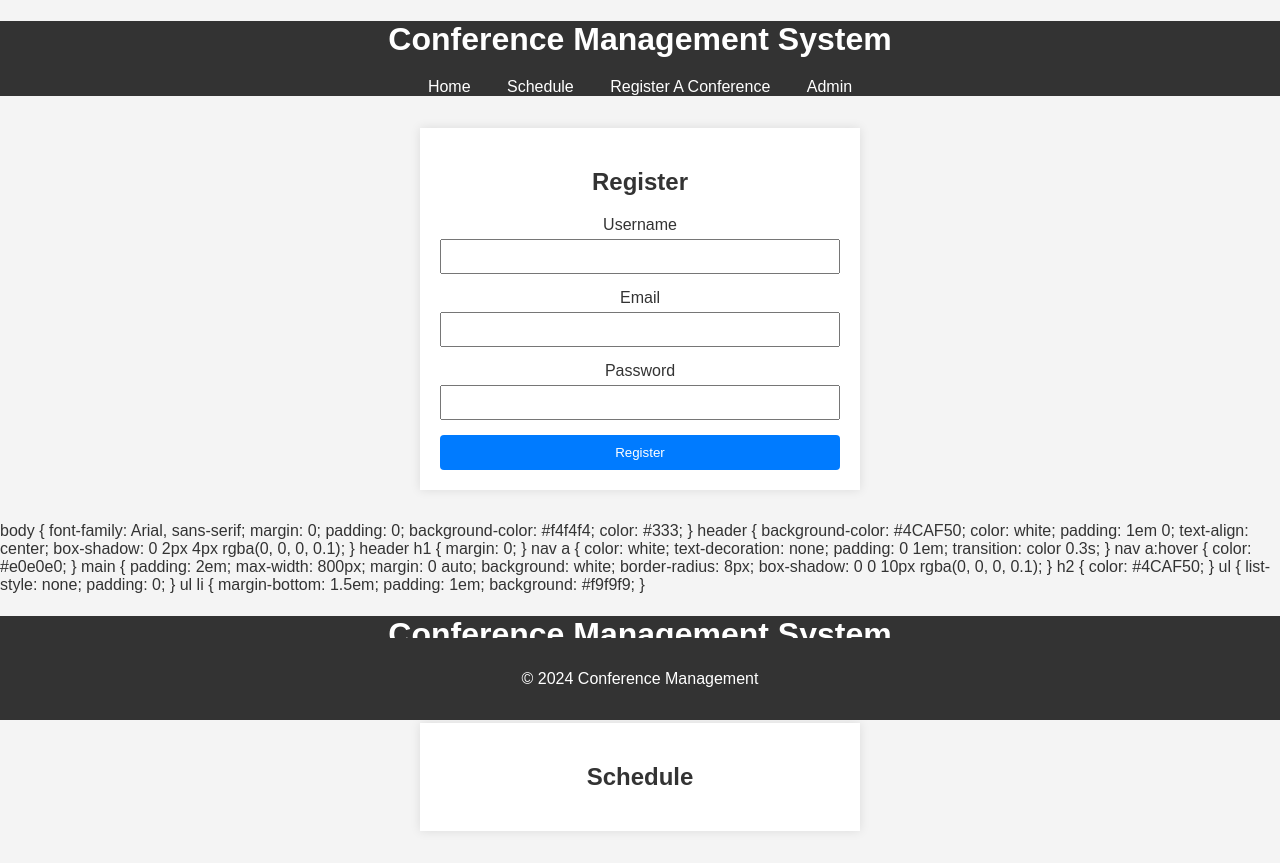
Repository: AMIT1439027/conferenceapp
Page: http://localhost/user_register.php
An editor plug-in stored every save of this project. The page is shown before and after the next save, followed by the edit.
The browser window is 1280 px wide. The pictures show the whole page.
The page is run by PHP 8.4 with error messages shown; the project is at /var/www/html/. Queries for data that is not in the repository find no rows.

Above is the page before, as saved 2024-05-29 15:28:08.

### user_register.php
<?php
include 'db_connect.php';
session_start();

if ($_SERVER['REQUEST_METHOD'] == 'POST') {
    $username = $_POST['username'];
    $email = $_POST['email'];
    $password = password_hash($_POST['password'], PASSWORD_BCRYPT);

   $stmt = $pdo->prepare("INSERT INTO users(username,email,password) VALUES(?,?,?)");
   $stmt->execute([$username,$email,$password]);
}
?>

<!DOCTYPE html>
<html lang="en">
<head>
    <meta charset="UTF-8">
    <title>Register</title>
    <link rel="stylesheet" href="styles.css">
</head>
<body>
<header>
    <h1>Conference Management System</h1>

    <nav>
        <a href="index.php">Home</a>
        <a href="Schedule.php">Schedule </a>
        <a href="register.php">Register A Conference</a>
        <a href="admin.php">Admin</a>

    </nav>
</header>

<main>
    <div class="form-container">
        <h2>Register</h2>
        <form method="post" action="user_register.php">
            <div class="form-group">
                <label>Username</label>
                <input type="text" name="username" required>
            </div>
            <div class="form-group">
                <label>Email</label>
                <input type="email" name="email" required>
            </div>
            <div class="form-group">
                <label>Password</label>
                <input type="password" name="password" required>
            </div>
            <button type="submit">Register</button>

        </form>
        <!-- <p>Already have an account? <a href="login.php">Login here</a></p> -->
    </div>
    </main>
    <footer>
    <p>&copy; 2024 Conference Management</p>
 </footer>
</body>
</html>


body {
    font-family: Arial, sans-serif;
    margin: 0;
    padding: 0;
    background-color: #f4f4f4;
    color: #333;
}

header {
    background-color: #4CAF50;
    color: white;
    padding: 1em 0;
    text-align: center;
    box-shadow: 0 2px 4px rgba(0, 0, 0, 0.1);
}

header h1 {
    margin: 0;
}

nav a {
    color: white;
    text-decoration: none;
    padding: 0 1em;
    transition: color 0.3s;
}

nav a:hover {
    color: #e0e0e0;
}

main {
    padding: 2em;
    max-width: 800px;
    margin: 0 auto;
    background: white;
    border-radius: 8px;
    box-shadow: 0 0 10px rgba(0, 0, 0, 0.1);
}

h2 {
    color: #4CAF50;
}

ul {
    list-style: none;
    padding: 0;
}

ul li {
    margin-bottom: 1.5em;
    padding: 1em;
    background: #f9f9f9;
}
 <?php
include 'db_connect.php';

$stmt = $pdo->query("SELECT * FROM conferences");
$conferences = $stmt->fetchAll();
?>

<!DOCTYPE html>
<html lang="en">
<head>
    <meta charset="UTF-8">
    <meta name="viewport" content="width=device-width, initial-scale=1.0">
    <title>Schedule</title>
    <link rel="stylesheet" href="styles.css">
</head>
<body>

<header>
    <h1>Conference Management System</h1>
    <nav>
        <a href="index.php">Home</a>
        <a href="schedule.php">Schedule</a>
        <a href="register.php">Register A Conference</a>
        <a href="feedback.php">Feedback</a>
        <!-- <a href="admin.php">Admin</a> -->
    </nav>
</header>
<main>
    <div class="form-container">
        <h2>Schedule</h2>
        <ul>
            <?php foreach($conferences as $conference): ?>
                <li>
                    <h3><?= htmlspecialchars($conference['name']) ?></h3>
                    <p><?= htmlspecialchars($conference['description']) ?></p>
                    <p><?= htmlspecialchars($conference['date']) ?></p>
                    <p>Location: <?= htmlspecialchars($conference['location']) ?></p>
                </li>
            <?php endforeach; ?>
        </ul>
    </div>
</main>

<footer>
    <p>&copy; 2024 Conference Management</p>
</footer>

</body>
</html>

### db_connect.php
<?php
$servername = "localhost";
$username = "root";
$password = "mysql143";
$dbname = "conference_db";

// Create connection
// $conn = new mysqli($servername, $username, $password, $dbname);

// // Check connection
// if ($conn->connect_error) {
//     die("Connection failed: " . $conn->connect_error);
// }
try{
    $pdo = new PDO("mysql:host=$servername;dbname=$dbname", $username, $password );
   $pdo->setAttribute(PDO::ATTR_ERRMODE, PDO::ERRMODE_EXCEPTION);
}
catch(PDOException $e){
   die("connection Failed");
}


?>

### styles.css

body {
    font-family: Arial, sans-serif;
    background-color: #f4f4f4;
    margin: 0;
    padding: 0;
    /* background-color: #f4f4f4; */
    color: #333;
}
/*  new css */



/* End CSS */
header{
    background-color: #333333;
    color: #fff;
    padding: 1 em 0;
    text-align: center;

}

nav a{
    color: #fff;
    margin: 0 1rem;
    text-decoration: none;
}

main{
    padding: 2em;
    text-align: center;
}

footer{
    background-color: #333;
    color:#fff;
    padding: 1em 0;
    text-align: center;
    position: fixed;
    bottom: 0;
    width: 100%;
}



.container {
    width: 80%;
    margin: 0 auto;
    padding: 20px;
    background-color: #fff;
    box-shadow: 0 0 10px rgba(0, 0, 0, 0.1);
}

h1 {
    text-align: center;
    margin-bottom: 20px;
}

.table {
    width: 100%;
    margin-bottom: 20px;
    border-collapse: collapse;
}

.table th, .table td {
    border: 1px solid #ddd;
    padding: 8px;
}

.table th {
    background-color: #f2f2f2;
    text-align: left;
}

.food-item {
    border: 1px solid #ddd;
    padding: 10px;
    margin-bottom: 20px;
    text-align: center;
}

.food-item img {
    max-width: 100%;
    height: auto;
}

.form-group {
    margin-bottom: 15px;
}

.form-group label {
    display: block;
    margin-bottom: 5px;
}

.form-group input, .form-group textarea, .form-group select {
    width: 100%;
    padding: 8px;
    box-sizing: border-box;
}

.btn {
    display: inline-block;
    padding: 10px 15px;
    color: #fff;
    background-color: #007BFF;
    text-decoration: none;
    border-radius: 4px;
    margin-right: 10px;
    transition: background-color 0.3s;
}

.btn:hover {
    background-color: #0056b3;
}

.form-container {
    max-width: 400px;
    margin: 0 auto;
    padding: 20px;
    background-color: #fff;
    box-shadow: 0 0 10px rgba(0, 0, 0, 0.1);
}

form {
    display: flex;
    flex-direction: column;
}

button {
    padding: 10px 15px;
    color: #fff;
    background-color: #007BFF;
    border: none;
    cursor: pointer;
    border-radius: 4px;
    transition: background-color 0.3s;
}

button:hover {
    background-color: #0056b3;
}

input[type="number"] {
    width: 50px;
}

After the next save:
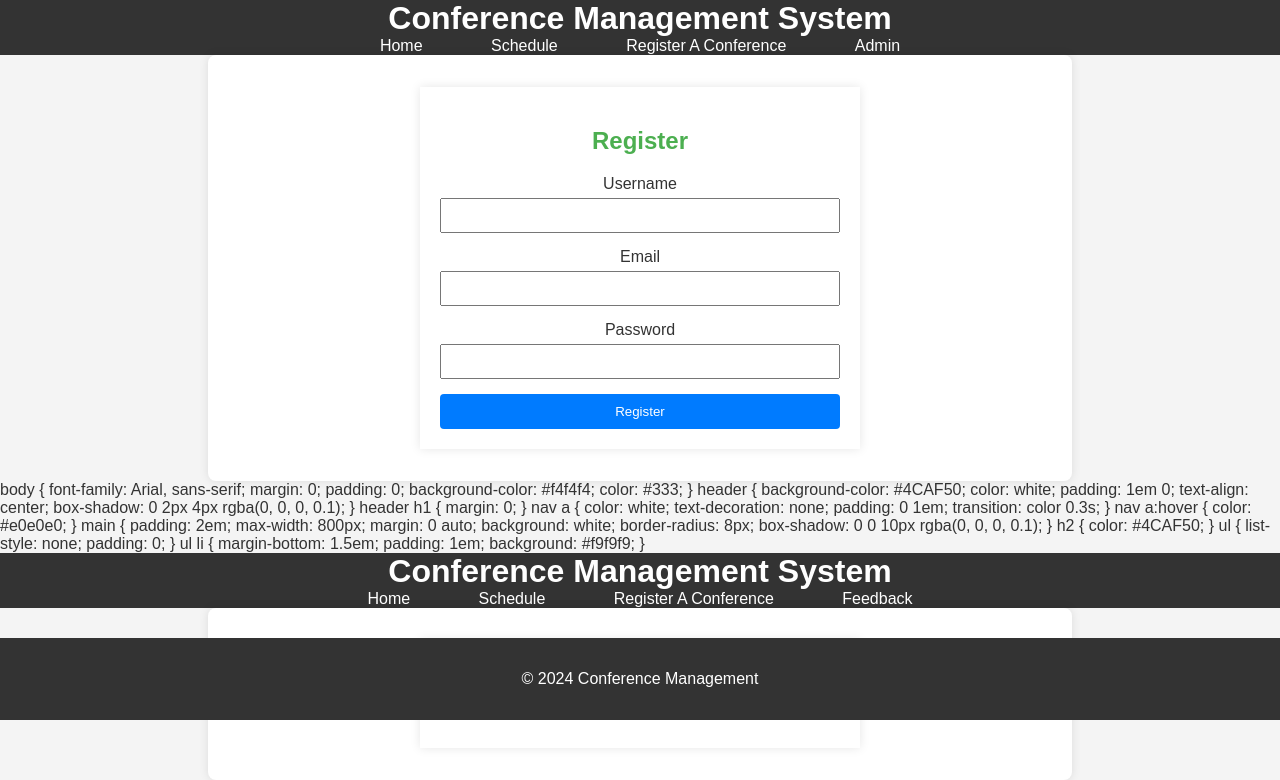
Saved 36 s later.
--- a/styles.css
+++ b/styles.css
@@ -8,7 +8,52 @@ body {
     color: #333;
 }
 /*  new css */
+eader {
+    background-color: #4CAF50;
+    color: white;
+    padding: 1em 0;
+    text-align: center;
+    box-shadow: 0 2px 4px rgba(0, 0, 0, 0.1);
+}
 
+header h1 {
+    margin: 0;
+}
+
+nav a {
+    color: white;
+    text-decoration: none;
+    padding: 0 1em;
+    transition: color 0.3s;
+}
+
+nav a:hover {
+    color: #e0e0e0;
+}
+
+main {
+    padding: 2em;
+    max-width: 800px;
+    margin: 0 auto;
+    background: white;
+    border-radius: 8px;
+    box-shadow: 0 0 10px rgba(0, 0, 0, 0.1);
+}
+
+h2 {
+    color: #4CAF50;
+}
+
+ul {
+    list-style: none;
+    padding: 0;
+}
+
+ul li {
+    margin-bottom: 1.5em;
+    padding: 1em;
+    background: #f9f9f9;
+}
 
 
 /* End CSS */
